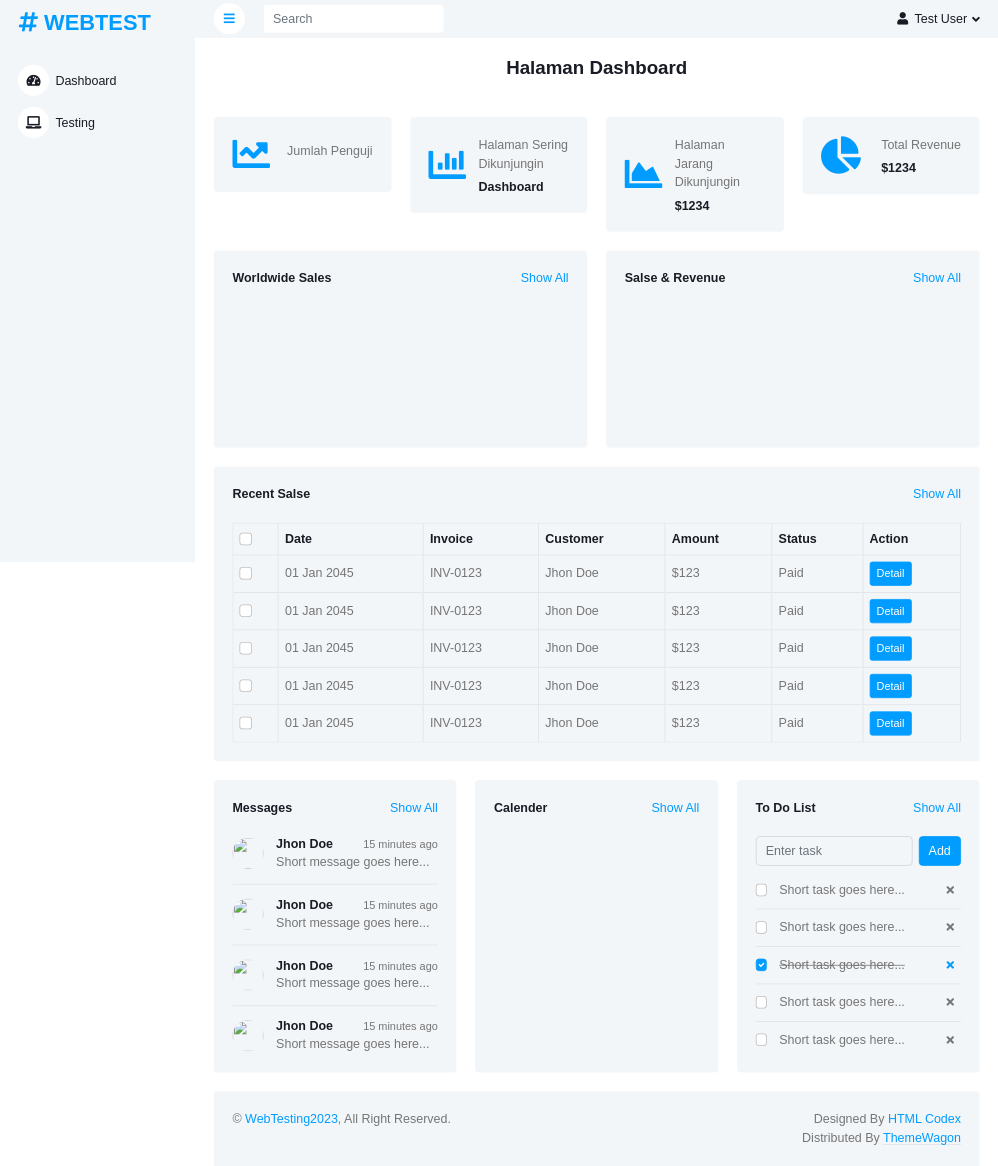
Repository: MarsellaDF/web-testing-jamur
Page: resources/views/dashboard.blade.php
An editor plug-in stored every save of this project. The page is shown before and after the next save, followed by the edit.
The browser window is 1280 px wide. The pictures show the whole page, at 78% of full size.
Some web fonts or font styles are not loaded; a fallback is used. Some web libraries are served in a nearby version. The page is served by the project's Laravel application, run on PHP 8.4 with Laravel 10. A made-up administrator, Test User (test@example.com), is signed in. The template is opened directly, without the code that normally fills it, so the values that code supplies are empty.

Above is the page before, as saved 2023-06-14 02:26:10.
Console error: TypeError: $(...).waypoint is not a function

After the next save:
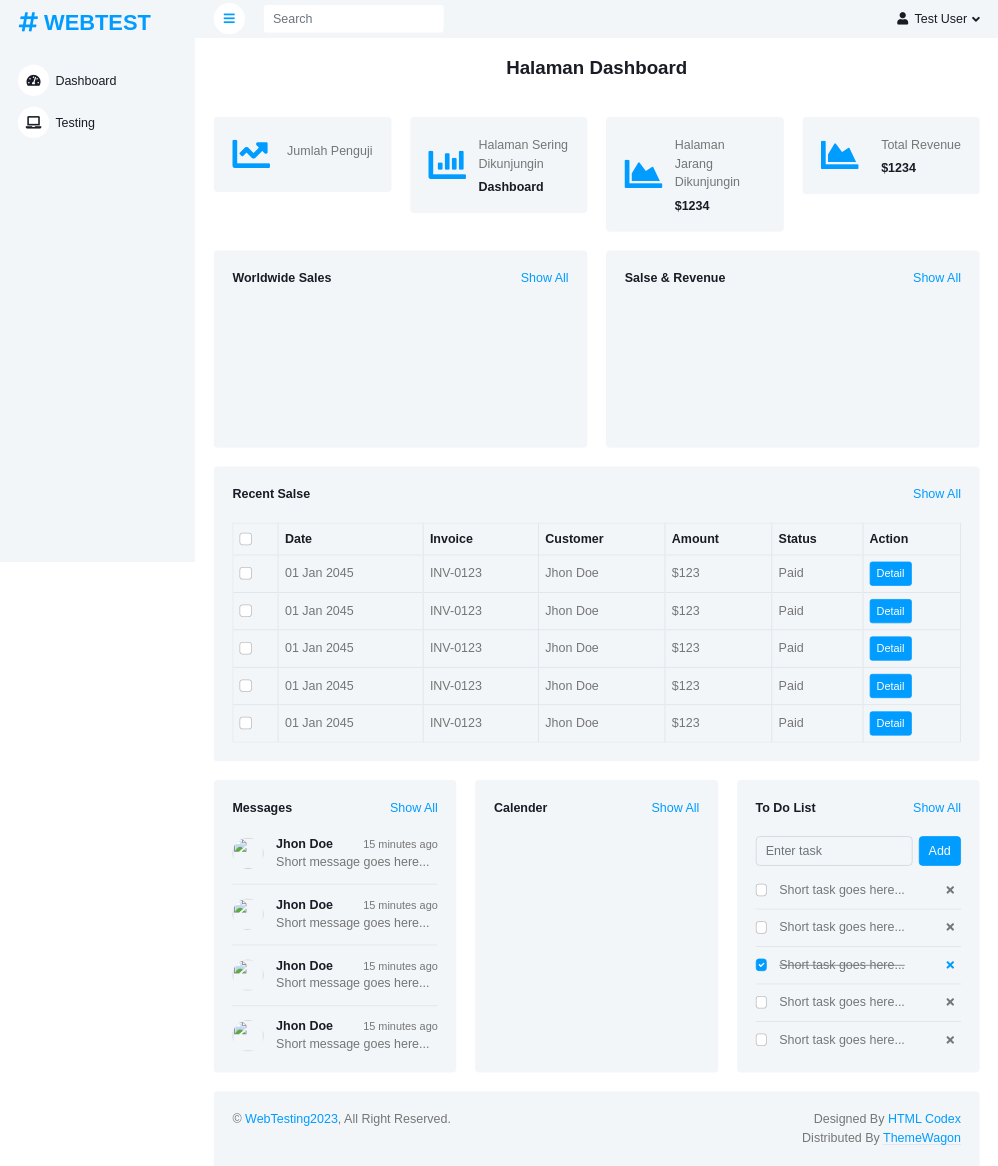
Saved 24 s later.
--- a/web-testing-app/resources/views/dashboard.blade.php
+++ b/web-testing-app/resources/views/dashboard.blade.php
@@ -34,7 +34,7 @@
                     </div>
                     <div class="col-sm-6 col-xl-3">
                         <div class="bg-light rounded d-flex align-items-center justify-content-between p-4">
-                            <i class="fa fa-chart-pie fa-3x text-primary"></i>
+                            <i class="fa fa-chart-area fa-3x text-primary"></i>
                             <div class="ms-3">
                                 <p class="mb-2">Total Revenue</p>
                                 <h6 class="mb-0">$1234</h6>

After the save that followed:
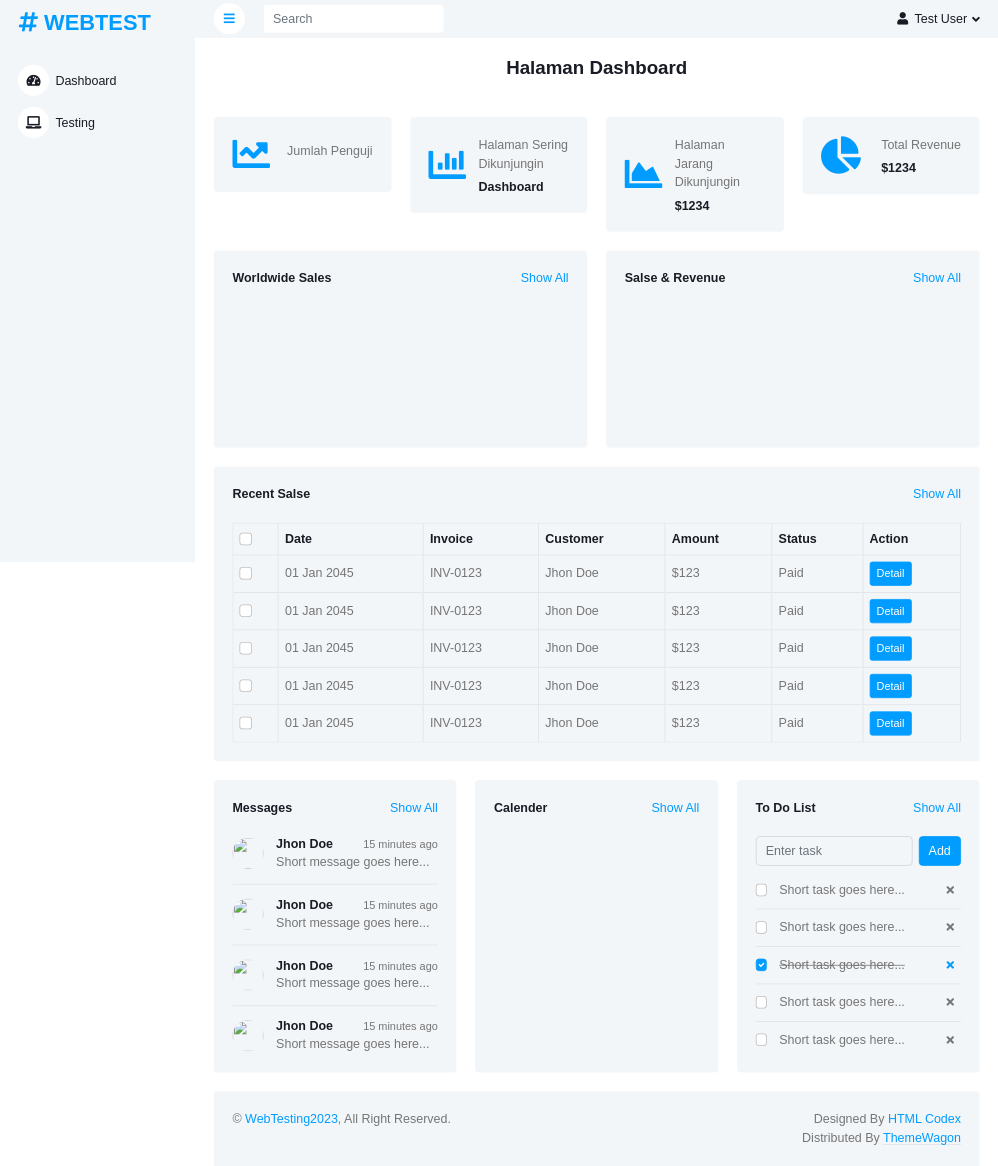
Saved 11 s later.
--- a/web-testing-app/resources/views/dashboard.blade.php
+++ b/web-testing-app/resources/views/dashboard.blade.php
@@ -34,7 +34,7 @@
                     </div>
                     <div class="col-sm-6 col-xl-3">
                         <div class="bg-light rounded d-flex align-items-center justify-content-between p-4">
-                            <i class="fa fa-chart-area fa-3x text-primary"></i>
+                            <i class="fa fa-chart-pie fa-3x text-primary"></i>
                             <div class="ms-3">
                                 <p class="mb-2">Total Revenue</p>
                                 <h6 class="mb-0">$1234</h6>
